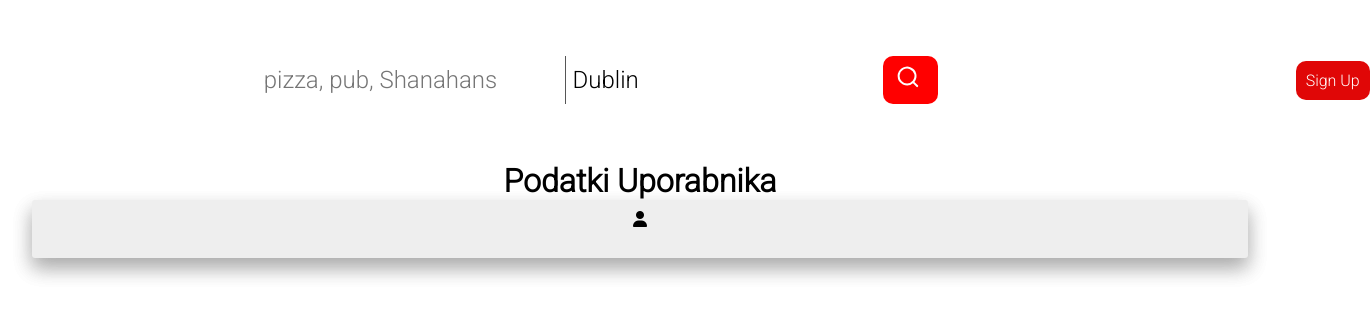
Repository: DomenJ2003/project1
Page: /user
An editor plug-in stored every save of this project. The page is shown before and after the next save, followed by the edit.
The browser window is 1280 px wide. The page is 1370 px wide, then 1280 px, then 1370 px, so the pictures cover 1370 px, including what lies to the right of the window. The pictures show the whole page.
The page's requests for data from a server got no answer. Some web libraries are served in a nearby version. The project was rebuilt for these pictures with package versions that can differ from the ones it lists, and the page was loaded fresh each time. No one was signed in, and anything a server would have sent is missing. Also part of the build but not shown: vite.config.js, src/Components/Sections/HeroSection.css, src/Components/Sections/HeroSection.jsx, src/Components/Sections/HomePageContent.css, src/Components/Sections/HomePageContent.jsx, src/Components/Pages/HomePage.jsx, src/Components/Pages/HelpPage.jsx, src/Components/Pages/UserPage.css.

Above is the page before, as saved 2022-08-20 21:48:09.

### index.html
<!DOCTYPE html>
<html lang="en">
  <head>
    <meta charset="UTF-8" />
    <link rel="icon" type="image/svg+xml" href="/vite.svg" />
    <meta name="viewport" content="width=device-width, initial-scale=1.0" />
    <title>Poletna Šola</title>
    <script src="https://kit.fontawesome.com/76f3e76781.js" crossorigin="anonymous"></script>
  </head>
  <body>
    <div id="root"></div>
    <script type="module" src="/src/main.jsx"></script>
  </body>
</html>

### src/main.jsx
import React from 'react'
import ReactDOM from 'react-dom/client'
import HomePage from './Components/Pages/HomePage'
import App from './App'
import './index.css'

ReactDOM.createRoot(document.getElementById('root')).render(
  <>
    <App/>
    {/* <HomePage /> */}
  </>
)

### src/App.jsx
import { useState } from 'react'
import './App.css'
import Navbar  from './Components/Sections/Navbar'
import {
  BrowserRouter,
  Routes,
  Route,
} from "react-router-dom";
import HomePage from './Components/Pages/HomePage';
import HelpPage from './Components/Pages/HelpPage';
import UserPage from './Components/Pages/UserPage';

function App() {

  return(
    <>
    <BrowserRouter>
    <Navbar/>
    <Routes>
      <Route path="/" element={<HomePage />} />
      <Route path="/help" element={<HelpPage/>} />
      <Route path="/user" element={<UserPage/>} />
    </Routes>
  </BrowserRouter>
    </>
  )

}

export default App

### src/Components/Sections/Navbar.jsx
import { useState } from 'react'
import './navbar.css'
import Button from '../General/Button'
import Dropdown from '../General/Dropodown'
import Searchbar from '../General/Serchbar';


function Navbar() {

  return (

    <div className="navbar">
        <div className="logo">
            <img src="./logo.svg" alt="" />
        </div>
        <div className="findbarlinks">
            <Searchbar />
            <div className="links">
                <Dropdown name="Restaurants" links={['Delivery', 'Reservations', 'Burgers', 'Japanese', 'Chinese', 'Mexican', 'Italian', 'Thai']} />
                <Dropdown name="Home Services" links={['Contractors', 'Landscaping', 'Electricians', 'Locksmiths', 'Home Cleaners', 'Movers', 'HVAC', 'Plumbers']} />
                <Dropdown name="Auto Services" links={['Auto Repair', 'Car Dealers', 'Auto Detailing', 'Oil Change', 'Body Shops', 'Parking', 'Car Wash', 'Towing']} />
                <Dropdown name="More" links={['Dry Cleaning', 'Hair Salons', 'Phone Repair', 'Gyms', 'Bars', 'Massage', 'Nightlife', 'Shopping']} />
            </div>
        </div>
        <div className="buttons">
            <Button text="For Businesses" classtype="btn"/>
            <Button text="Write a Review" classtype="btn"/>
            <Button text="Log In" classtype="LogInBtn"/>
            <Button text="Sign Up" classtype="SignUpBtn"/>
        </div>

    </div>

  );
}

export default Navbar

### src/helper/api.js
import axios from "axios";

const API_URL = 'https://random-data-api.com/api'

async function getUsers (){
    const res = await axios.get(`${API_URL}/users/random_user?size=50`);
    return res.data;
}

async function getUser (){
    const res = await axios.get(`${API_URL}/users/random_user`);
    return res.data;
}

export {getUsers, getUser};

### src/Components/Pages/UserPage.jsx
import { useState, useEffect } from "react";
import "./UserPage.css";
import { getUser } from "../../helper/api";
import Card from "../General/Card";
import { useLocation } from "react-router-dom";

function UserPage(props) {
  //const [user, setUser] = useState({});
  const { state } = useLocation();
  const [cardData, setCardData] = useState({});

  const getData = async () => {
    const data = await getUser();
    setCardData({
      image: data.avatar,
      header: `${data.first_name} ${data.last_name}`,
      date: new Date(data.date_of_birth),
    });
  };

  useEffect(() => {
    try {
      setCardData({
        image: state.user.avatar,
        header: `${state.user.first_name} ${state.user.last_name}`,
        date: new Date(state.user.date_of_birth),
      });
    } catch (e) {
      getData();
    }
  }, []);

  return (
    <>
      <h1>Podatki Uporabnika</h1>
      <Card
        key={1}
        image={cardData.image}
        header={cardData.header}
        date={cardData.date}
        onClickFunction={() => {}}
      />
    </>
  );
}

export default UserPage;

### src/Components/Sections/navbar.css
.navbar{
    /* position: fixed; */
    width: 100%;
    height: 130px;
    padding: 24px 40px 0;
    display: flex;
    flex-direction: row;
    justify-content: space-between;

}

.findbarlinks{
    margin-left: 5%;
    width: 60%;
    margin-bottom: 10px;

}

.links{
    height: 58px;
    display: flex;
    flex-direction: row;
    align-items: center;
    justify-content: start;
}

.arrow{
    padding-top: 3px;
}

span{
    white-space: nowrap;
}

.buttons{
    height: 48px;
    width: 30%;
    display: flex;
    flex-direction: row;
    align-items: center;
    justify-content: start;
}



/* .hero-nav-section{
    height: 70vh;
    background: linear-gradient(90deg, rgba(0, 0, 0, 0.4) 0%, rgba(0, 0, 0, 0.1) 55%), url('../../../public/background.jpg');
    background-position: center;
    background-size: cover;
} */

### src/Components/General/Button.jsx
import { useState } from 'react'
import './Button.css'

function Button(props) {


  return (
    <button className={props.classtype}>
        {props.text}
    </button>
  )
}

export default Button

### src/Components/General/Dropodown.jsx
import { useState } from 'react'
import './dropdown.css'

function Dropdown(props) {

    var links = []

    for(const link in props.links){

        links.push(<a className='dropdown-link' href="#" key={link}>{props.links[link]}</a>)
    }


  return (
    <div className="dropdown">
                <div className="link">
                    <span>
                        {props.name}
                    </span>
                    <span>
                        <svg width={24} height={24} className="arrow">
                            <path d="M12 15.25a1 1 0 01-.7-.29l-4.58-4.5A1.011 1.011 0 018.12 9L12 12.85 15.88 9a1 1 0 111.4 1.42L12.7 15a1 1 0 01-.7.25z"></path>
                        </svg>
                    </span>
                </div>
                <div className="dropdown-content">
                    {links}
                </div>
        </div>
  )
}

export default Dropdown

### src/Components/General/Serchbar.jsx
import { useState } from 'react'
import './Searchbar.css'

function Searchbar(props) {



  return (
    <form>
                <div className="findbar">
                    <div className="search">
                        <input type="text" className='input-text'  placeholder='pizza, pub, Shanahans' />
                    </div>
                    <div className="line">
                        </div>
                    <div className="city">

                    <input type="text" className='input-city' defaultValue='Dublin' />
                    </div>
                    <button className="find">
                    <svg width={30} height={30} className="search-icon">
                            <path d="M21.853 20.355l-3.444-3.443a9.428 9.428 0 10-16.761-6.171 9.428 9.428 0 0015.348 7.586l3.443 3.442a1 1 0 101.414-1.414zM5.82 16.245a7.429 7.429 0 115.253 2.175 7.38 7.38 0 01-5.253-2.176z"></path>
                        </svg>
                    </button>

                </div>
            </form>
  )
}

export default Searchbar

### src/Components/General/Card.jsx
import { useState } from "react";
import "./Card.css";

function Card(props) {
  return (
    <div className="card-container" onClick={props.onClickFunction}>
      <div className="card-header">
        <span className="card-title">
          <i className="fa-solid fa-user"></i>
          {"  "}
          {props.header}
        </span>
        <br />
        {/* <span>{props.date.toLocaleDateString()}</span> */}
      </div>
      <div className="card-content">
        {props.content}
        <img src={props.image} className="card-image" />
      </div>
    </div>
  );
}

export default Card;

### src/Components/General/Button.css
.btn{
    background-color: transparent;
    border: none;
    color: white;
    padding: 15px 32px;
    text-align: center;
    text-decoration: none;
    display: inline-block;
    font-size: 16px;
    padding: 5px;
    white-space: nowrap;
    margin-right: 20px;
}

.btn:hover{
    border-radius: 10px;
    background-color: rgba(255, 255, 255, 0.5);
}

.SignUpBtn{
    background-color: rgba(224,7,7,1);;
    border: none;
    color: white;
    padding: 15px 32px;
    text-align: center;
    text-decoration: none;
    display: inline-block;
    font-size: 16px;
    padding: 10px;
    white-space: nowrap;
    border-radius: 10px;
    margin-right: 20px;
}

.SignUpBtn:hover{

    background-color: rgb(244,13,21);
}

.LogInBtn{
    background-color: transparent;
    border: 2px solid white;
    color: white;
    padding: 15px 32px;
    text-align: center;
    text-decoration: none;
    display: inline-block;
    font-size: 16px;
    padding: 10px;
    border-radius: 5px;
    white-space: nowrap;
    margin-right: 20px;
}

.LogInBtn:hover{
    background-color: rgba(255, 255, 255, 0.5);
}

### src/Components/General/dropdown.css

.link{
    height: 20px;
    color: #fff;
    fill: #fff;
    margin-left: 20px;
    padding: 0 30px;
    padding-bottom: 20px;
    display: flex;
    flex-direction: row;
    align-items: center;
    cursor: pointer;
    border-bottom: 2px solid transparent;
}

.link:hover{
    border-bottom: 2px solid red;
}

/* drop down */

.dropdown {
    position: relative;
    display: inline-block;
  }

  /* Dropdown Content (Hidden by Default) */
  .dropdown-content {
    display: none;
    position: absolute;
    background-color: #f9f9f9;
    min-width: 160px;
    box-shadow: 0px 8px 16px 0px rgba(0,0,0,0.2);
    z-index: 1;
    margin-left: 20px;
    border-top-right-radius: 15px;
    border-bottom-right-radius: 15px;
    border-bottom-left-radius: 15px;
    padding: 10px;

  }

  .dropdown-content a:nth-child(2){
    border-top-right-radius: 15px;

  }

  .dropdown-content a:last-child{
    border-bottom-right-radius: 15px;

  }

  .dropdown-content a:nth-last-child(2){
    border-bottom-left-radius: 15px;

  }



  /* Links inside the dropdown */
  .dropdown-content a {
    color: black;
    padding: 12px 16px;
    text-decoration: none;
    display: block;
    white-space: nowrap;
  }



  .dropdown-content a:hover {
    background-color: rgba(0,0,0,0.2);
    border-radius: 15px;
  }

  .dropdown:hover .dropdown-content {
    display: grid;
    grid-template-columns: 1fr 1fr;
    gap: 5px;
  }

  .dropdown:hover .dropbtn {
    background-color: #3e8e41;
  }

### src/Components/General/Searchbar.css
.input-text{
    height: 100%;
    width: 100%;
    font-size: 24px;
    padding: 5px;
    border-top-left-radius: 5px;
    border-bottom-left-radius: 5px;
    border: 2px solid #fff;
}

.input-city{
    height: 100%;
    width: 100%;
    font-size: 24px;
    padding: 5px;
    border-top-right-radius: 5px;
    border-bottom-right-radius: 5px;
    border: 2px solid #fff;
}

input:focus{
    outline: none;
}

.find:focus{
    outline: none;
}

.line{
    width: 1px;
    background-color:#565656;
}

.search-icon{
    color: #fff;
    fill: #fff;
}
.findbar{

    height: 48px;
    display: flex;
    flex-direction: row;
}


.find{
    background-color: red;
    width: 56px;
    height: 48px;
    color: #fff;
    display: flex;
    align-items: center;
    justify-content: center;
    border-radius: 10px;
    margin-left: 10px;
    border: none;
}

.search{
    width: calc(50% - 28px);
    height: 48px;

}

.city{
    width: calc(50% - 28px);
    height: 48px;

}

### src/Components/General/Card.css
.card-container{
    display: flex;
    border-radius: 3px;
    flex-direction: column;
    background-color: #eee;
    box-shadow:  rgba(0, 0, 0, 0.19) 0px 10px 20px,
    rgba(0, 0, 0, 0.19) 0px 10px 20px;

}

.card-header{
    padding: 10px;
}

.card-image{
    width: 100%;
    height: 100%;
}

.card-title{
    font-weight: bold;
}

Loaded but not shown: src/index.css (common file); src/App.css (common file); src/Components/Pages/HomePage.css (no stored copy; drawn as an empty file)

After the next save:
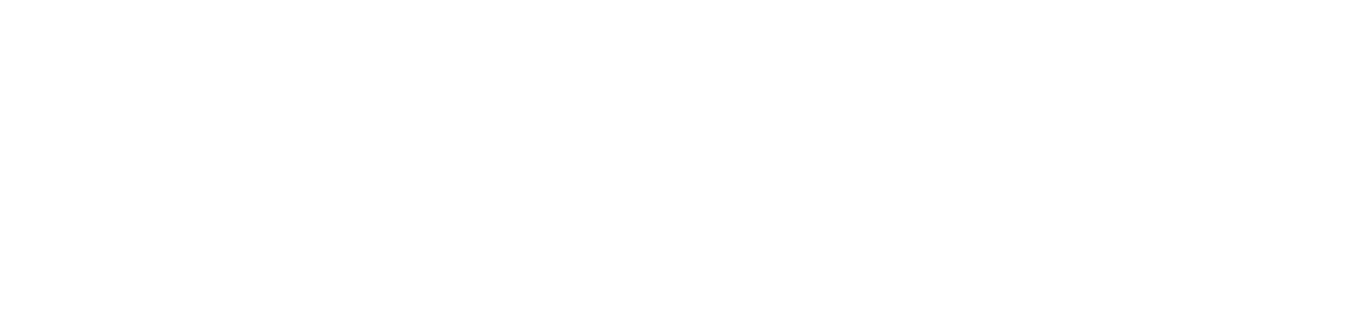
Console error: TypeError: Cannot read properties of undefined (reading 'toLocaleDateString')
Saved 38 s later.
--- a/src/Components/General/Card.jsx
+++ b/src/Components/General/Card.jsx
@@ -11,7 +11,7 @@
           {props.header}
         </span>
         <br />
-        {/* <span>{props.date.toLocaleDateString()}</span> */}
+        <span>{props.date.toLocaleDateString()}</span>
       </div>
       <div className="card-content">
         {props.content}

After the 3 saves that followed:
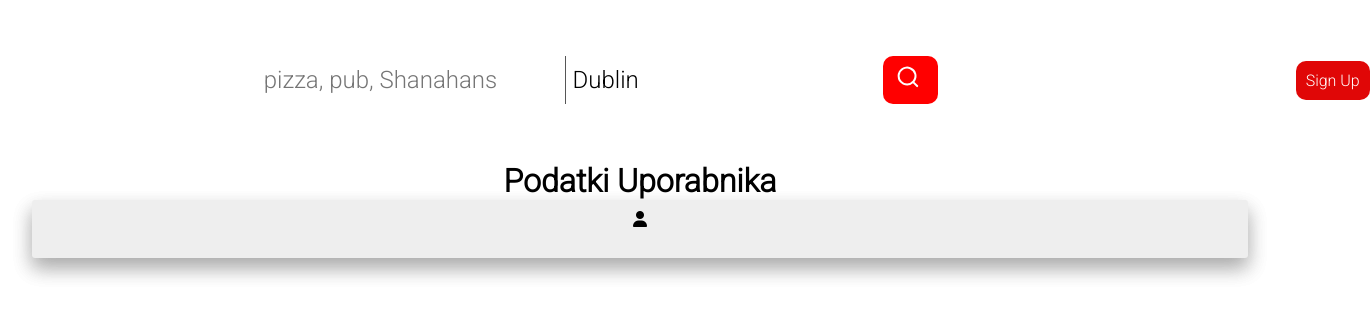
The error is gone.
The 3 saves are shown as one change because 2 left the picture as it was.
The last was saved 48 s later.
--- a/src/Components/Pages/UserPage.jsx
+++ b/src/Components/Pages/UserPage.jsx
@@ -23,7 +23,7 @@
       setCardData({
         image: state.user.avatar,
         header: `${state.user.first_name} ${state.user.last_name}`,
-        date: new Date(state.user.date_of_birth),
+        date: state.user.date_of_birth,
       });
     } catch (e) {
       getData();
--- a/src/Components/General/Card.jsx
+++ b/src/Components/General/Card.jsx
@@ -11,7 +11,7 @@
           {props.header}
         </span>
         <br />
-        <span>{props.date.toLocaleDateString()}</span>
+        <span>{props.date}</span>
       </div>
       <div className="card-content">
         {props.content}
